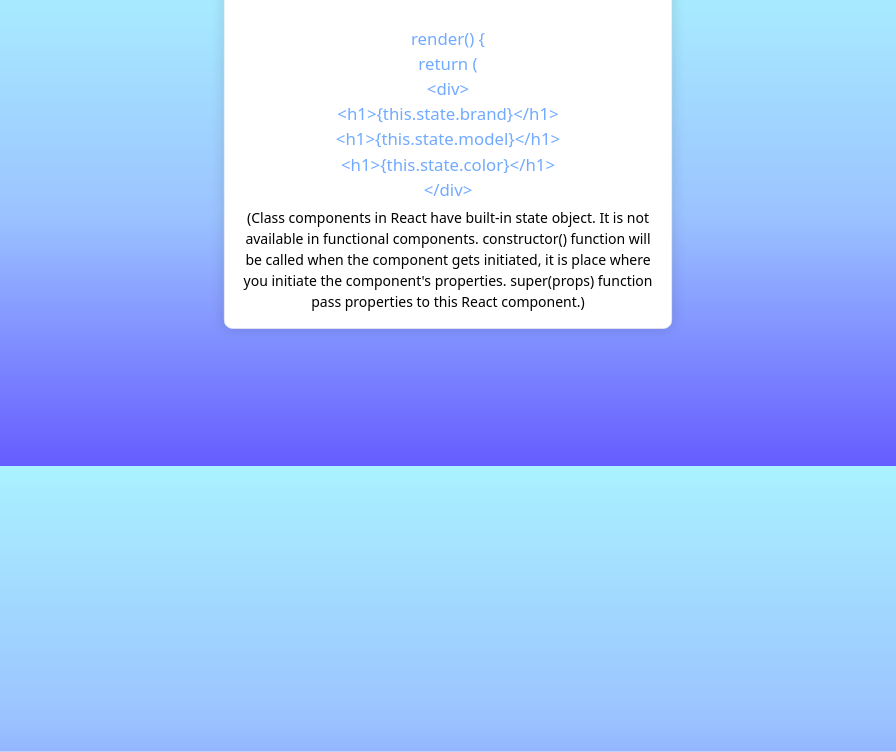
Repository: michalgornicki/github
Page: /#/State
An editor plug-in stored every save of this project. The page is shown before and after the next save, followed by the edit.
The browser window is 1280 px wide. The pictures show the part of the page from y = 774 to 2694 px (the page is 1848 px tall before and 2694 px after), at 70% of full size.
Backgrounds fixed to the window are drawn as part of the page. The project was rebuilt for these pictures with package versions that can differ from the ones it lists, and the page was loaded fresh each time. Also part of the build but not shown: src/components/dom.jsx, src/components/components.jsx, src/components/props.jsx, src/components/lifecycle.jsx, src/components/conditional.jsx, src/components/refs.jsx, src/components/fragments.jsx, src/components/hoc.jsx and 1 more.

Above is the page before, as saved 2022-02-07 13:14:48.

### src/App.jsx
import React from "react";
import "./App.css";
import "bootstrap/dist/css/bootstrap.min.css";
import { Route, HashRouter as Router, Routes, Link } from "react-router-dom";
import DOM from "./components/dom.jsx";
import Components from "./components/components.jsx";
import State from "./components/state.jsx";
import Props from "./components/props.jsx";
import Lifecycle from "./components/lifecycle.jsx";
import Conditional from "./components/conditional.jsx";
import Refs from "./components/refs.jsx";
import Fragments from "./components/fragments.jsx";
import HOC from "./components/hoc.jsx";
import Hooks from "./components/hooks.jsx";

const App = () => {
  return (
    <Router>
      <div className="text-center">
        <div className="display-1 mt-1 mb-5 text-white">React repeat course</div>

        <div className="h4 d-flex w-75 m-auto my-5 justify-content-evenly flex-wrap text-white">
          <Link className="link-style m-3" to="/">
            DOM
          </Link>
          <Link className="link-style m-3" to="/Components">
            Components
          </Link>
          <Link className="link-style m-3" to="/State">
            State (Context)
          </Link>
          <Link className="link-style m-3" to="/Props">
            Props
          </Link>
          <Link className="link-style m-3" to="/Lifecycle">
            Lifecycle methods
          </Link>
          <Link className="link-style m-3" to="/Conditional">
            Conditional rendering
          </Link>
          <Link className="link-style m-3" to="/Refs">
            Refs
          </Link>
          <Link className="link-style m-3" to="/Fragments">
            Fragments
          </Link>
          <Link className="link-style m-3" to="/HOC">
            Higher Order Components
          </Link>
          <Link className="link-style m-3" to="/Hooks">
            Hooks
          </Link>
        </div>

        <Routes>
          <Route path="/" element={<DOM />} />
          <Route path="/Components" element={<Components />} />
          <Route path="/State" element={<State />} />
          <Route path="/Props" element={<Props />} />
          <Route path="/Lifecycle" element={<Lifecycle />} />
          <Route path="/Conditional" element={<Conditional />} />
          <Route path="/Refs" element={<Refs />} />
          <Route path="/Fragments" element={<Fragments />} />
          <Route path="/HOC" element={<HOC />} />
          <Route path="/Hooks" element={<Hooks />} />
        </Routes>
      </div>
    </Router>
  );
};

export default App;

### src/App.css
@import url('https://fonts.googleapis.com/css2?family=Catamaran:wght@400&display=swap');

body{
    font-family: 'Catamaran', sans-serif;
    overflow-x: hidden;
    padding-bottom: 80vh;
    height: auto;
    background: linear-gradient(rgb(170, 242, 255), rgb(155, 195, 255), rgb(102, 92, 255));
    background-attachment: fixed;
}

.js-item{
    color:rgb(0, 0, 0);
    font-size: 1.25rem;
    background-color: white;
    transition: 0.2s;
    padding: 3vh;
    margin-bottom: 4vh!important;
    border: 1px solid rgb(240, 240, 240);
    width: 50%;
    margin-left: auto;
    margin-right: auto;
    box-shadow: 0px 0px 20px rgba(0, 0, 0, 0.15);
    border-radius: 0.75rem;
}

.js-item:hover{
    cursor: pointer;
    background-color: rgb(240, 240, 240);
}

.text-color{
    margin: auto;
    padding: 0.5rem;
    width: fit-content;
    color:rgb(113, 170, 255)!important;
    font-size: 1.5rem;
    border-radius: 1rem;
}

.link-style{
    color: inherit;
    text-decoration: inherit;
    padding: 0.5rem;
    border-radius: 0.5rem;
}

.link-style:hover{
    color: rgb(113, 170, 255);
    text-decoration: inherit;
}

@media only screen and (max-device-width: 600px), (max-width: 600px) {

    .js-item{
        width: 95%;
    }

}

### src/components/state.jsx
const State = () => {
  return (
    <div className="">
      <div className="js-item">
        {" "}
        <div className="">Class component state: </div>
        <div className="text-color">
          {`class Car extends React.Component {`} <br />
          {`constructor(props) {`} <br />
          {`super(props);`}{" "} <br />
          {`this.state = {`} <br />
          {`brand: "Toyota",`} <br />
          {`model: "Auris"`} <br />
          {`color: "red",`} <br />
          {`}}`} <br /> <br />
          {`render() {`}{" "} <br />
          {`return (`}{" "} <br />
          {`<div>`}{" "} <br />
          {`<h1>{this.state.brand}</h1>`} <br />
          {`<h1>{this.state.model}</h1>`} <br />
          {`<h1>{this.state.color}</h1>`} <br />
          {`</div>`}{" "}
        </div>{" "}
        (Class components in React have built-in state object. It is not available in functional components. constructor() function will be called when the component gets initiated, it is place where you initiate the component's properties. super(props) function pass properties to this React component.)
      </div>
    </div>
  );
};

export default State;

Loaded but not shown: public/index.html (common file); src/index.js (common file); src/index.css (common file); src/reportWebVitals.js (common file)

After the next save:
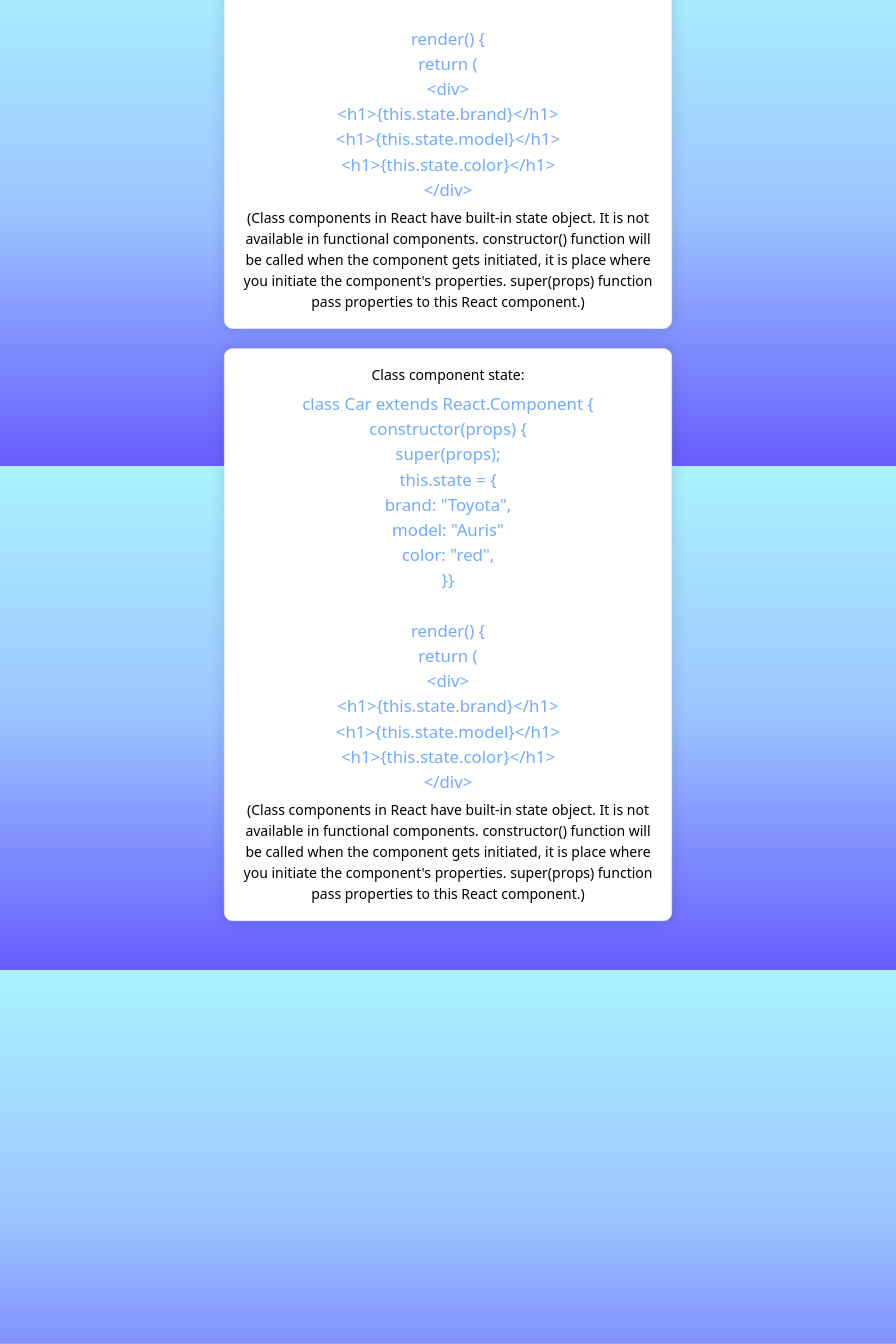
Saved 22 s later.
--- a/src/components/state.jsx
+++ b/src/components/state.jsx
@@ -1,6 +1,28 @@
 const State = () => {
   return (
     <div className="">
+      <div className="js-item">
+        {" "}
+        <div className="">Class component state: </div>
+        <div className="text-color">
+          {`class Car extends React.Component {`} <br />
+          {`constructor(props) {`} <br />
+          {`super(props);`}{" "} <br />
+          {`this.state = {`} <br />
+          {`brand: "Toyota",`} <br />
+          {`model: "Auris"`} <br />
+          {`color: "red",`} <br />
+          {`}}`} <br /> <br />
+          {`render() {`}{" "} <br />
+          {`return (`}{" "} <br />
+          {`<div>`}{" "} <br />
+          {`<h1>{this.state.brand}</h1>`} <br />
+          {`<h1>{this.state.model}</h1>`} <br />
+          {`<h1>{this.state.color}</h1>`} <br />
+          {`</div>`}{" "}
+        </div>{" "}
+        (Class components in React have built-in state object. It is not available in functional components. constructor() function will be called when the component gets initiated, it is place where you initiate the component's properties. super(props) function pass properties to this React component.)
+      </div>
       <div className="js-item">
         {" "}
         <div className="">Class component state: </div>
